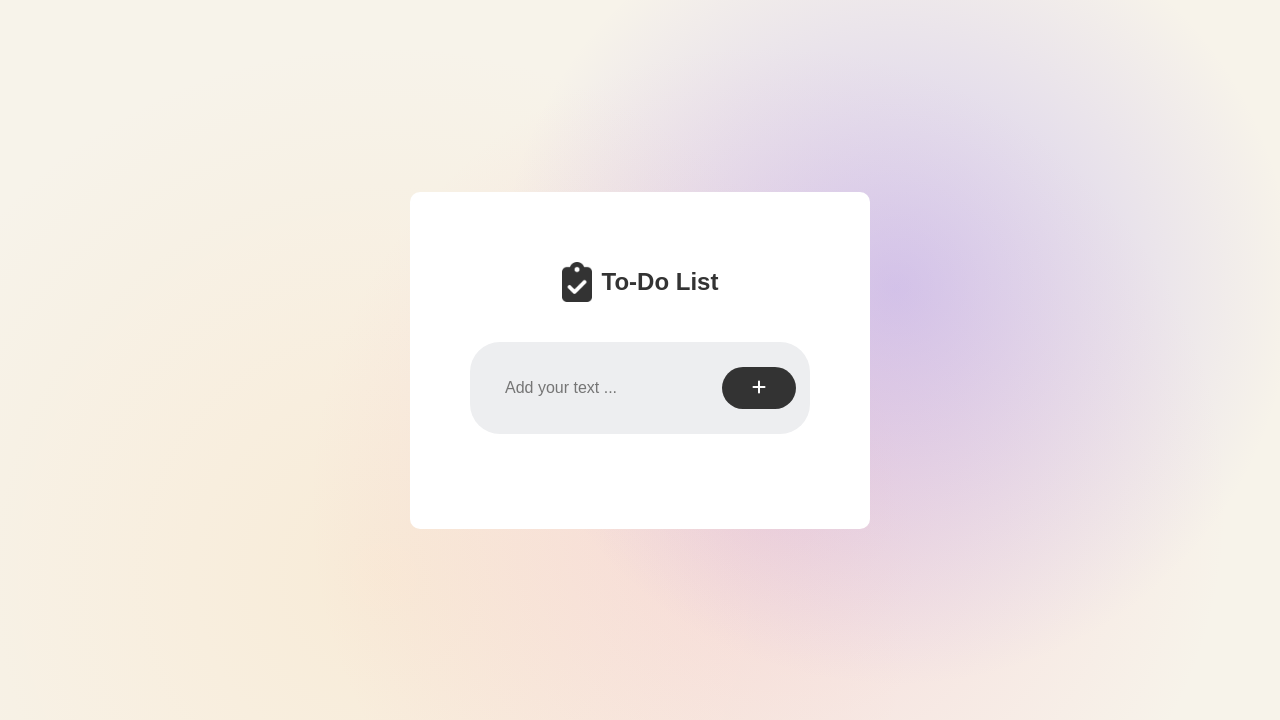
Repository: maltika/To-do_list
Page: index.html
These files come from the project's save history. The page is drawn as it stood at one moment and after a run of saves; the edit follows.
The browser window is 1280 px wide. The pictures show the whole page.

Above is the page before, as saved 2025-05-20 15:03:29.

### index.html
<!DOCTYPE html>
<html lang="en">
  <head>
    <meta charset="UTF-8" />
    <meta name="viewport" content="width=device-width, initial-scale=1.0" />
    <title>To-do List</title>
    <link rel="stylesheet" href="style.css" />
    <link
      rel="stylesheet"
      href="https://cdnjs.cloudflare.com/ajax/libs/font-awesome/6.5.0/css/all.min.css"
    />
  </head>
  <body>
    <div class="content">
      <div class="todo-app">
        <h2>
          <img src="img/Clipboard.png" />
          To-Do List
        </h2>
        <div class="row">
          <input type="text" id="input-box" placeholder="Add your text ..." />
          <button onclick="addTask()"><i class="fa-solid fa-plus"></i></button>
        </div>
        <ul id="list-container">
            <!-- <li class="checked"> Task 1 </li>
            <li> Task 2 </li>
            <li> Task 3 </li> -->
        </ul>
      </div>
    </div>
    <script src="script.js"></script>
  </body>
</html>

### style.css
body {
    margin: 0;
    padding: 0;
    min-height: 100vh;
    background-color: #f7f3ea;
    /* พื้นหลังหลัก */

    background-image:
        radial-gradient(circle at 70% 40%, rgba(128, 104, 243, 0.3), transparent 40%),
        radial-gradient(circle at 60% 70%, rgba(244, 148, 177, 0.25), transparent 50%),
        radial-gradient(circle at 30% 80%, rgba(255, 204, 140, 0.2), transparent 50%);

    background-repeat: no-repeat;
    background-size: cover;
    font-family: sans-serif;
}

.content {
    display: flex;
    justify-content: center;
    align-items: center;
    height: 100vh;
    /* text-align: center; */
    color: #333;
}

* {
    margin: 0;
    padding: 0;
    font-family: 'Poppins', sans-serif;
    box-sizing: border-box;
}

.todo-app {
    width: 100%;
    max-width: 460px;
    background-color: #fff;
    margin: 100px auto px;
    padding: 40px 30px 70px;
    border-radius: 10px;
    border-color: #A6A6A6;
}

.todo-app h2 {
    color: #333;
    display: flex;
    align-items: center;
    margin-top: 30px;
    margin-bottom: 40px;
    justify-content: center;
}

.todo-app h2 img {
    width: 30px;
    margin-right: 10px;
}

.row {
    display: flex;
    align-items: center;
    background: #edeef0;
    border-radius: 30px;
    padding: 25px;
    margin-bottom: 25px;
    margin-left: 30px;
    margin-right: 30px;
}

input {
    flex: 1;
    border: none;
    outline: none;
    background: transparent;
    padding: 10px;
    font-size: 16px;
}

button {
    border: none;
    outline: none;
    background: #333;
    color: #fff;
    padding: 12px 30px;
    font-size: 16px;
    cursor: pointer;
    border-radius: 40px;
}

ul li {
    list-style: none;
    font-size: 17px;
    padding: 12px 8px 12px 55px;
    margin-left: 30px;
    margin-right: 30px;
    user-select: none;
    cursor: pointer;
    position: relative;
}

ul li::before {
    content: '';
    position: absolute;
    height: 22px;
    width: 22px;
    border-radius: 50%;
    background-image: url(img/unchecked.png);
    background-size: cover;
    background-position: center;
    top: 11px;
    left: 10px;
}

ul li::after {
    content: '';
    position: absolute;
    left: 8px;
    bottom: -2px;
    width: 100%;
    max-width: 330px;
    height: 1px;

    /* ความหนาของเส้น */
    background-color: #A6A6A6;
    /* สีของเส้น */
    margin-top: 110px;
}

ul li.checked {
    color: #A6A6A6;
    font-style: italic;
    text-decoration: line-through;
}

ul li.checked::before {
    background-image: url(img/checked.png);

}

ul li span {
    position: absolute;
    right: 0;
    top: 5px;
    width: 40px;
    height: 40px;
    font-size: 22px;
    color: #A6A6A6;
    line-height: 40px;
    text-align: center;
    border-radius: 50px;
}

ul li span:hover{
    background-color: #dcdbdb;
}

### script.js
const inputBox = document.getElementById("input-box")
const listContainer = document.getElementById("list-container")

function addTask() {
    if (inputBox.value === '') {
        alert("You must write something!");
    }
    else {
        let li = document.createElement("li");
        li.innerHTML = inputBox.value;
        listContainer.appendChild(li);
        let span = document.createElement("span");
        span.innerHTML = "\u00d7";
        li.appendChild(span)
    }
    inputBox.value = "";
    saveData();
}

listContainer.addEventListener("click", function (e) {
    if(e.target.tagName === "LI") {
        e.target.classList.toggle("checked");
        saveData();
    }
    else if(e.target.tagName === "SPAN") {
        e.target.parentElement.remove();
        saveData();
    }
}, false);

function saveData(){
    localStorage.setItem("data" , listContainer.innerHTML);
}

function showTask(){
    listContainer.innerHTML = localStorage.getItem("data");
}
showTask();

After the next 2 saves:
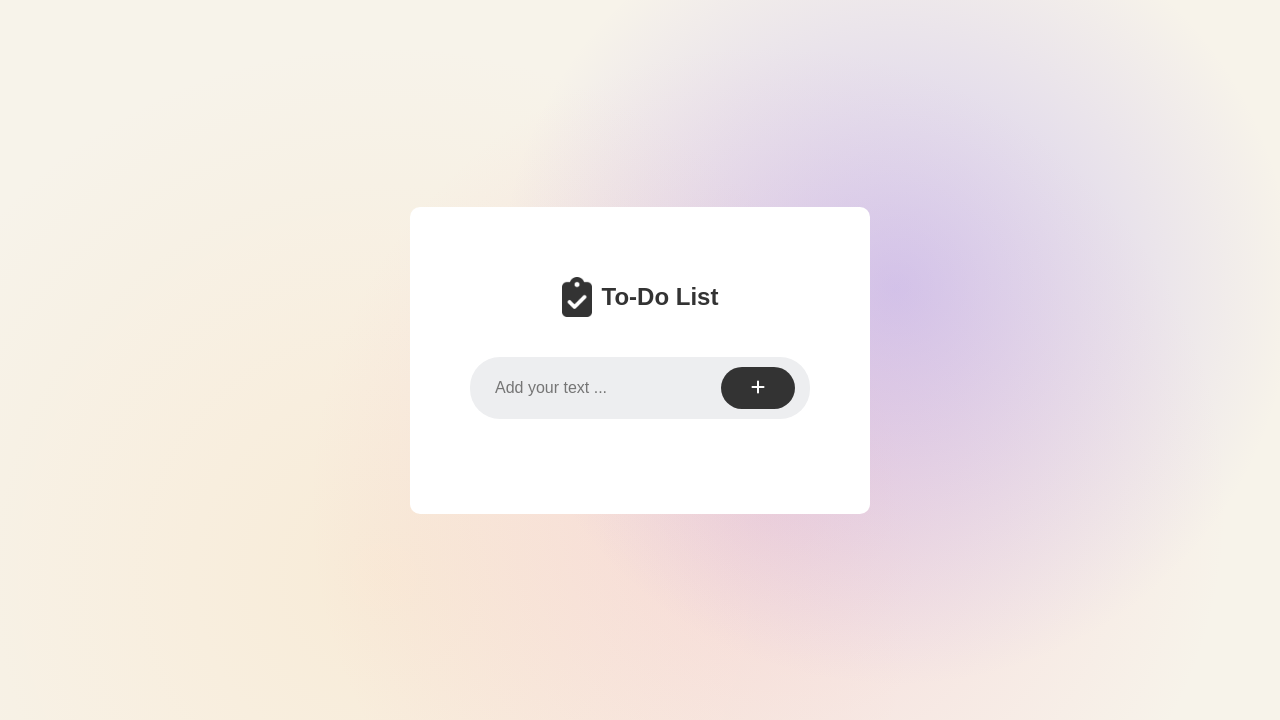
The 2 saves are shown as one change because they came seconds apart.
The last was saved 10 s later.
--- a/style.css
+++ b/style.css
@@ -60,7 +60,7 @@ body {
     align-items: center;
     background: #edeef0;
     border-radius: 30px;
-    padding: 25px;
+    padding: 10px 15px;
     margin-bottom: 25px;
     margin-left: 30px;
     margin-right: 30px;
